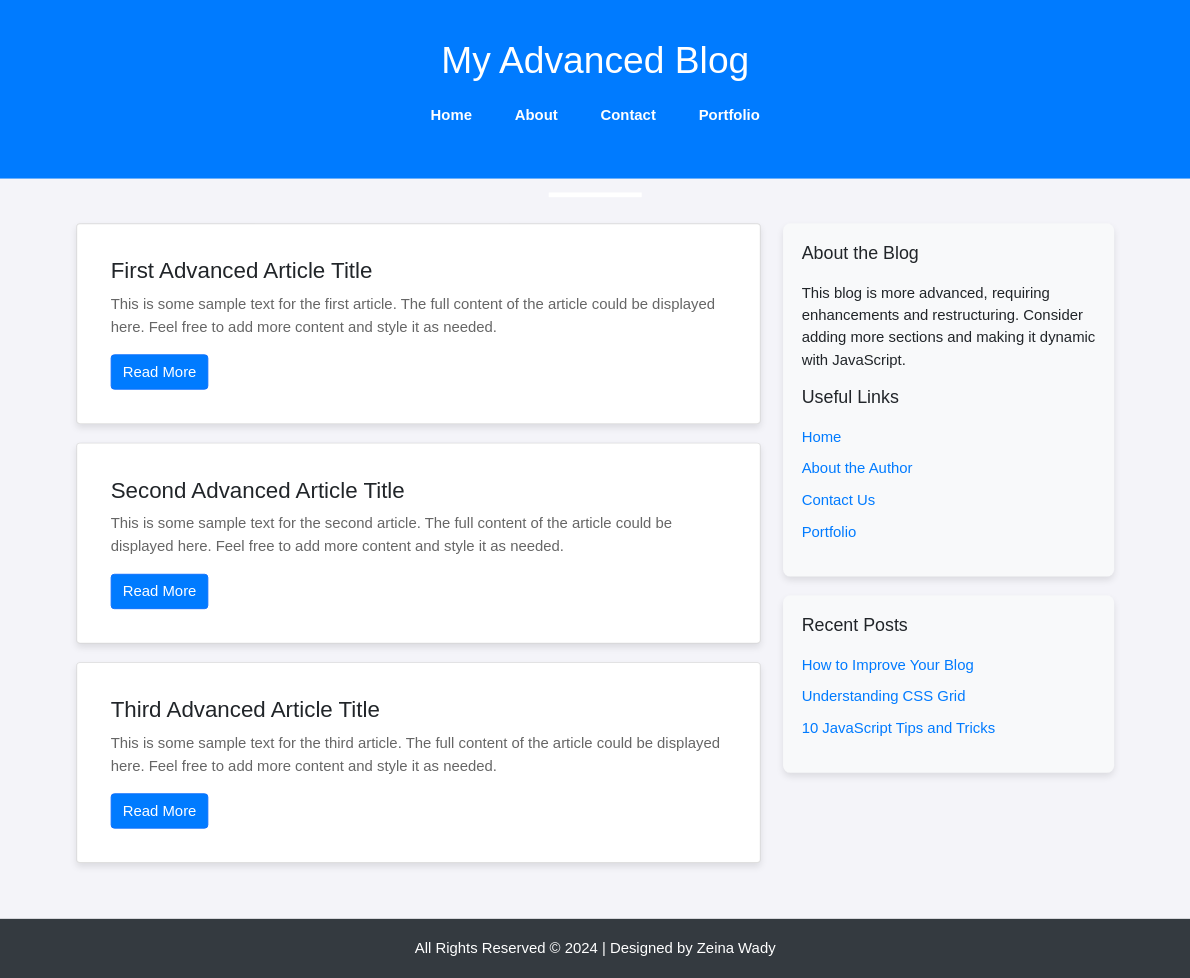
Repository: zeinawady/Blog-Code-Refactoring
Page: index.html
The author's editor kept a copy of each file at every save. The page is drawn from the files as they stood at one save, then again after a run of saves.
The browser window is 1280 px wide. The pictures show the whole page, at 93% of full size.
Some web libraries are served in a nearby version.

Above is the page before, as saved 2024-09-23 15:31:45.

### index.html
<!DOCTYPE html>
<html lang="en">
  <head>
    <meta charset="UTF-8" />
    <meta name="viewport" content="width=device-width, initial-scale=1.0" />
    <title>My Advanced Blog</title>

    <link
      href="https://cdn.jsdelivr.net/npm/bootstrap@5.1.3/dist/css/bootstrap.min.css"
      rel="stylesheet"
    />
    <link rel="stylesheet" href="https://cdnjs.cloudflare.com/ajax/libs/font-awesome/6.6.0/css/all.min.css" integrity="sha512-Kc323vGBEqzTmouAECnVceyQqyqdsSiqLQISBL29aUW4U/M7pSPA/gEUZQqv1cwx4OnYxTxve5UMg5GT6L4JJg==" crossorigin="anonymous" referrerpolicy="no-referrer" />
    <link rel="stylesheet" href="style.css">
  </head>
  <body>

    <header>
      <h1 class="text-center text-white">My Advanced Blog</h1>
      <nav class="navbar navbar-expand-lg bg-body-tertiary">
        <div class="container">
          <button class="navbar-toggler ms-auto" type="button" data-bs-toggle="collapse" data-bs-target="#navbarNavAltMarkup" aria-controls="navbarNavAltMarkup" aria-expanded="false" aria-label="Toggle navigation">
            <span class="navbar-toggler-icon text-white"><i class="fas fa-bars"></i></span>
          </button>
          <div class="collapse navbar-collapse justify-content-center" id="navbarNavAltMarkup">
            <div class="navbar-nav">
              <a class="nav-link active text-white" aria-current="page" href="#">Home</a>
              <a class="nav-link text-white" href="#">About</a>
              <a class="nav-link text-white" href="#">Contact</a>
              <a class="nav-link text-white" href="#">Portfolio</a>
            </div>
          </div>
        </div>
      </nav>

    </header>
    <a href="#" class="scroll-to-top"></a>

    <div class="container mt-5">
      <div class="row">
        <div class="col-lg-8">

          <article class="card">
            <div class="card-body">
            <h2 class="card-title">First Advanced Article Title</h2>
            <p class="card-text">
              This is some sample text for the first article. The full content
              of the article could be displayed here. Feel free to add more
              content and style it as needed.
            </p>
            <button class="btn btn-primary">Read More</button>
         </div>
        </article>

        <article class="card">
          <div class="card-body">
          <h2 class="card-title">Second Advanced Article Title</h2>
          <p class="card-text">
            This is some sample text for the second article. The full content
            of the article could be displayed here. Feel free to add more
            content and style it as needed.
          </p>
          <button class="btn btn-primary">Read More</button>
       </div>
      </article>

      <article class="card">
        <div class="card-body">
        <h2 class="card-title">Third Advanced Article Title</h2>
        <p class="card-text">
          This is some sample text for the third article. The full content
          of the article could be displayed here. Feel free to add more
          content and style it as needed.
        </p>
        <button class="btn btn-primary">Read More</button>
     </div>
    </article>
        </div>

        <div class="col-md-4">
          <aside>
            <h3>About the Blog</h3>
            <p>
              This blog is more advanced, requiring enhancements and
              restructuring. Consider adding more sections and making it dynamic
              with JavaScript.
            </p>
            <h3>Useful Links</h3>
            <ul>
              <li><a href="#">Home</a></li>
              <li><a href="#">About the Author</a></li>
              <li><a href="#">Contact Us</a></li>
              <li><a href="#">Portfolio</a></li>
            </ul>
          </aside>
          <aside>
            <h3>Recent Posts</h3>
            <ul>
              <li><a href="#">How to Improve Your Blog</a></li>
              <li><a href="#">Understanding CSS Grid</a></li>
              <li><a href="#">10 JavaScript Tips and Tricks</a></li>
            </ul>
          </aside>
        </div>
      </div>
    </div>

    <footer>
      <p class="text-white text-center m-0">All Rights Reserved © 2024 | Designed by Zeina Wady</p>
    </footer>

    <script src="https://cdn.jsdelivr.net/npm/bootstrap@5.1.3/dist/js/bootstrap.bundle.min.js"></script>
  </body>
</html>

### style.css
body {
    font-family: Arial, sans-serif;
    background-color: #f4f4f9;
  }

  :root{
    --main-color:#007bff;
  }
  a{
    text-decoration: none;
  }
  header {
    background-color: var(--main-color);
    padding: 40px 0;
    position: relative;
  }
  header::after {
    content: "";
    position: absolute;
    bottom: -20px;
    left: 50%;
    transform: translateX(-50%);
    width: 100px;
    height: 5px;
    background-color:white;
  }

  nav a {
    margin: 0 15px;
    font-weight: bold;
    transition: 0.3s;
  }
  nav a:hover {
    text-decoration: underline;
  }
  article{
    /* border: 1px solid #ddd; */
    margin-bottom: 20px;
    padding: 20px;
    box-shadow: 0 4px 8px rgba(0, 0, 0, 0.1);
    transition: transform 0.3s ease, box-shadow 0.3s ease;
  }
  article:hover {
    transform: translateY(-5px);
    box-shadow: 0 8px 16px rgba(0, 0, 0, 0.2);
  }
  article h2 {
    font-size: 1.5rem;
  }
  article p {
    color: #666;
    line-height: 1.6;
  }
  article .btn-primary {
    background-color:var(--main-color);

  }

  aside {
    background-color: #f8f9fa;
    padding: 20px;
    border-radius: 8px;
    box-shadow: 0 4px 8px rgba(0, 0, 0, 0.1);
    margin-bottom: 20px;
  }
  aside h3 {
    margin-bottom: 20px;
    font-size: 1.2rem;
  }
  aside ul {
    list-style-type: none;
    padding-left: 0;
  }
  aside ul li {
    margin-bottom: 10px;
  }
  aside ul li a {
    color: var(--main-color);
  }
  aside ul li a:hover {
    text-decoration: underline;
  }
  footer {
    background-color: #343a40;
    padding: 20px;
    margin-top: 40px;
  }

After the next 4 saves:
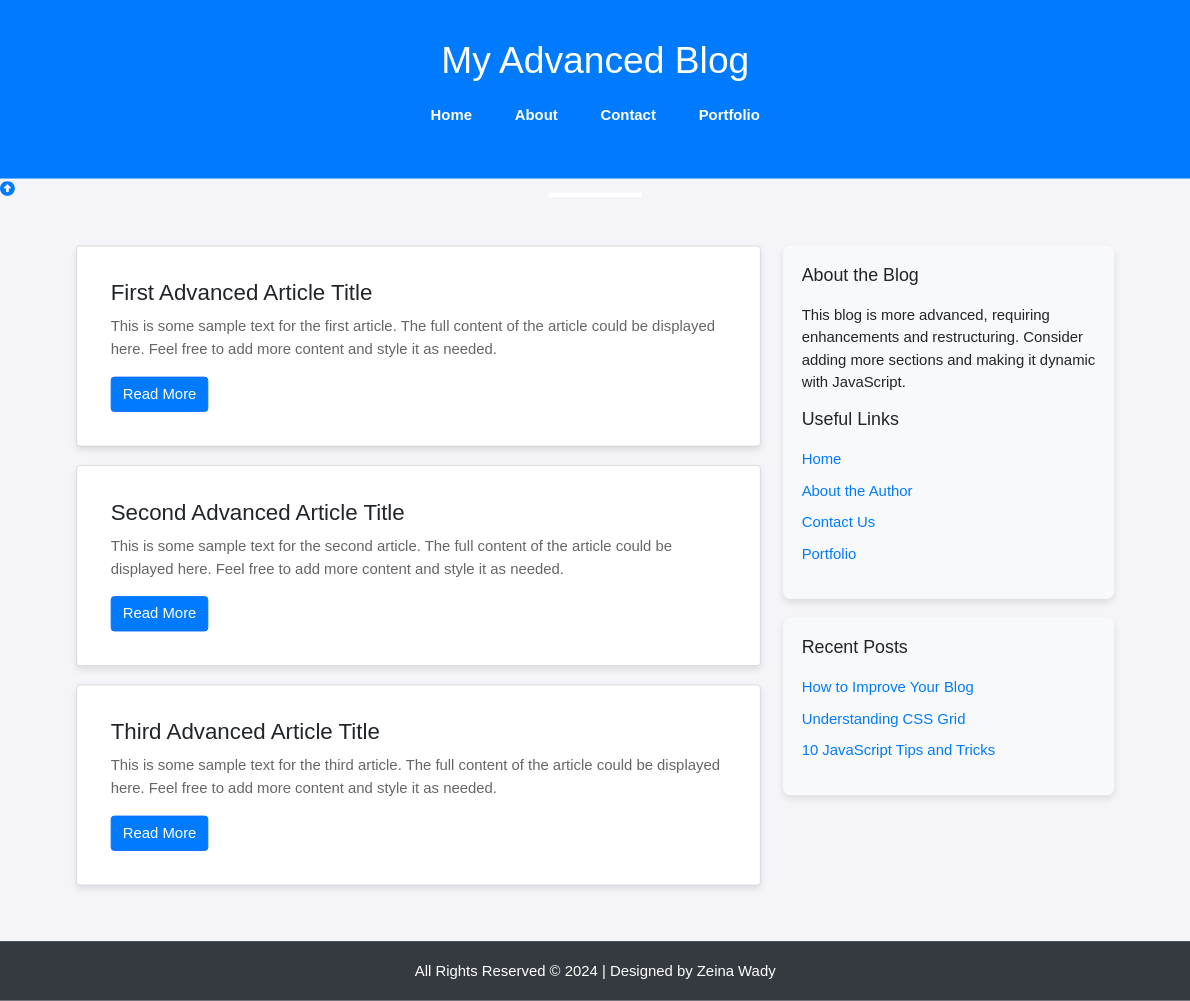
The 4 saves are shown as one change because they came seconds apart.
The last was saved 13 s later.
--- a/index.html
+++ b/index.html
@@ -33,7 +33,7 @@
       </nav>
 
     </header>
-    <a href="#" class="scroll-to-top"></a>
+    <a href="#" class="scroll-to-top" id="scrollToTopBtn"><i class="fa-solid fa-circle-up fa-bounce" style="color: #007bff;"></i></a>
 
     <div class="container mt-5">
       <div class="row">

After the 4 saves that followed:
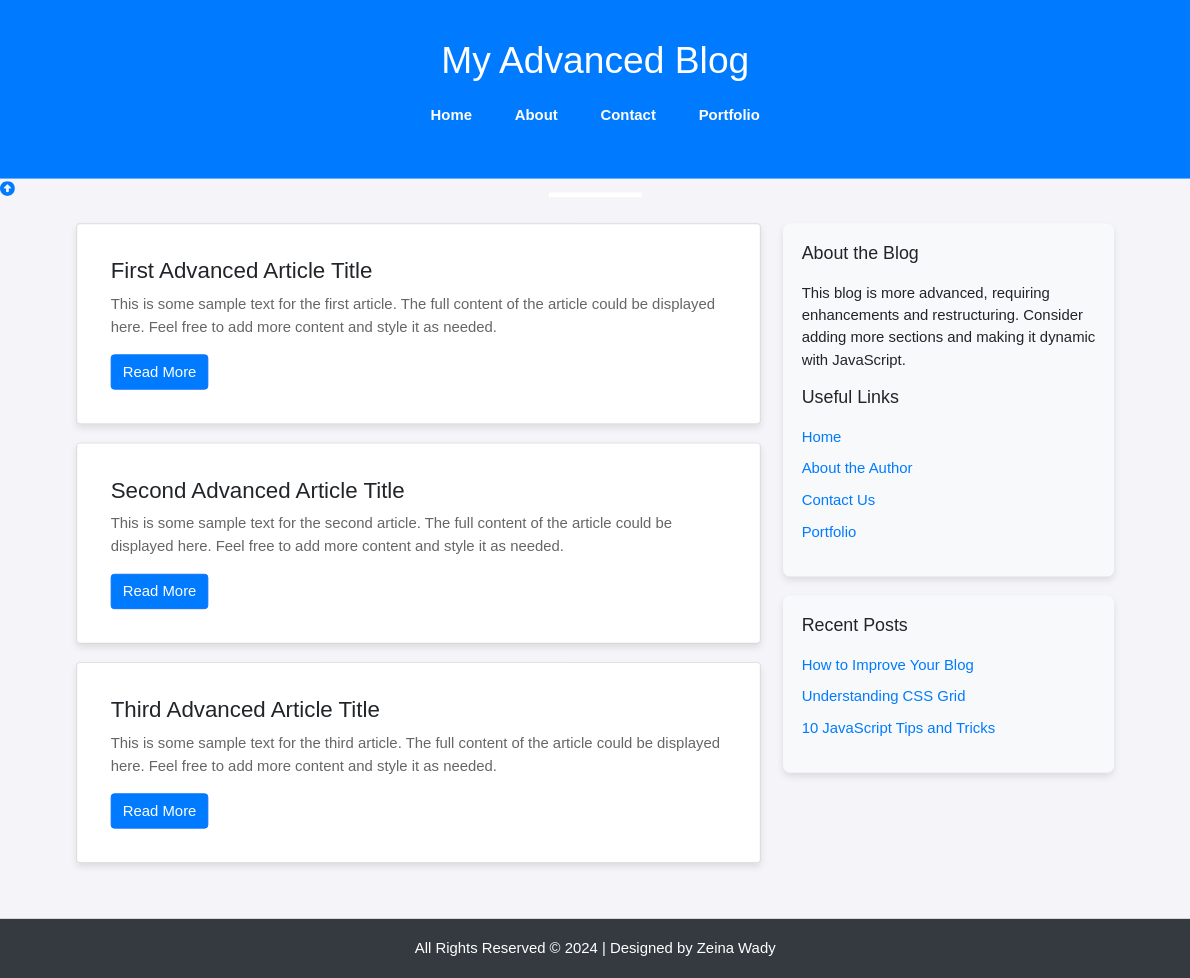
The 4 saves are shown as one change because 1 left the picture as it was and some came seconds apart.
The last was saved 32 s later.
--- a/style.css
+++ b/style.css
@@ -24,7 +24,10 @@ body {
     height: 5px;
     background-color:white;
   }
+ .scroll-to-top{
+    position: fixed;
 
+ }
   nav a {
     margin: 0 15px;
     font-weight: bold;
